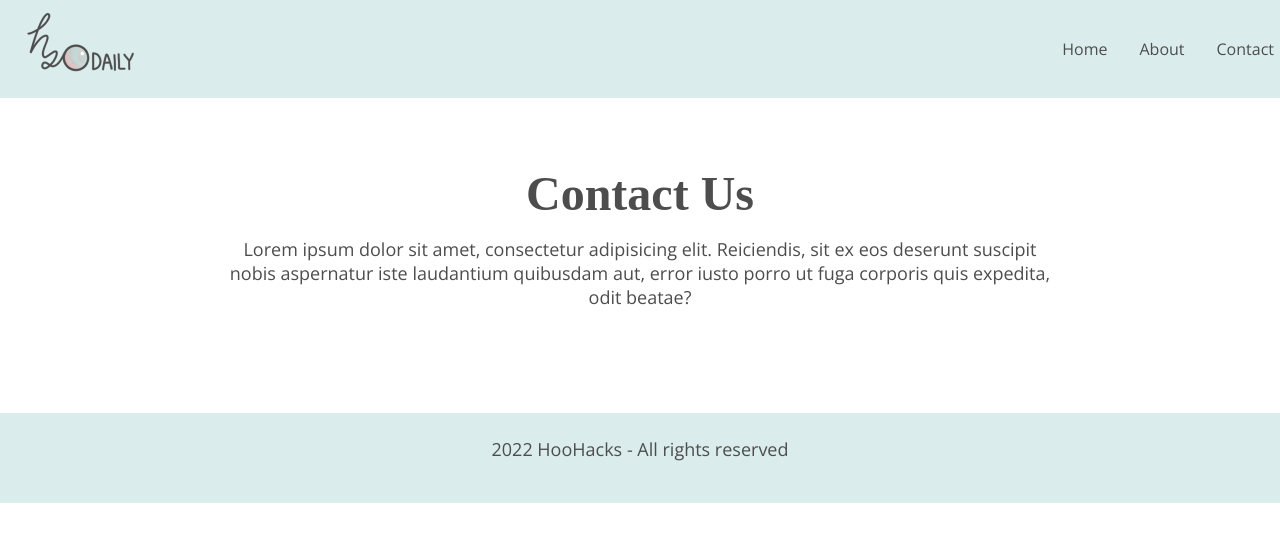
Repository: jennyjjung/H2ODaily
Page: contact.html
The author's editor kept a copy of each file at every save. The page is drawn from the files as they stood at one save, then again after the next save.
The browser window is 1280 px wide. The pictures show the whole page.
Some web fonts or font styles are not loaded; a fallback is used.

Above is the page before, as saved 2022-03-26 20:20:22.

### contact.html
<!DOCTYPE html>
<html lang="en">
<head>
  <meta charset="UTF-8">
  <meta http-equiv="X-UA-Compatible" content="IE=edge">
  <meta name="viewport" content="width=device-width, initial-scale=1.0">
  <title>H2O Daily</title>
  <link href='https://fonts.googleapis.com/css?family=Unica One' rel='stylesheet'>
  <link href="https://fonts.googleapis.com/css2?family=Open+Sans:wght@400;600;700&display=swap" rel="stylesheet">
  <link rel="stylesheet" href="style.css" />
  <script src="main.js" defer></script>
</head>
<body>

  <nav id="navbar">
    <div class="navbar__logo">
      <a href="index.html"><img src="images/logo.png" id="navbar__logo"></a>
    </div>
    <div class="navbar__menu">
      <li class="navbar__menu__item"><a href="index.html">Home</a></li>
      <li class="navbar__menu__item"><a href="about.html">About</a></li>
      <li class="navbar__menu__item"><a href="contact.html">Contact</a></li>
    </div>
  </nav>

  <section id="contact">
    <h1>Contact Us</h1>
    <div class="contact__content">
      <p>
        Lorem ipsum dolor sit amet, consectetur adipisicing elit. Reiciendis, sit ex eos deserunt suscipit nobis
        aspernatur iste laudantium quibusdam aut, error iusto porro ut fuga corporis quis expedita, odit beatae?
      </p>
    </div>
  </section>

  <section id="bottom">
    <div class= "bottom__container">
      <p class="bottom__rights">2022 HooHacks - All rights reserved</p>
    </div>
  </section>

</body>
</html>

### style.css
/* Global */
:root {
  /* Color */
  --color-white: #ffffff;
  --color-dark-grey: #4d4d4d;
  --color-blue: #daedec;
  --color-dark-blue: #b9d8d6;
  --color-yellow: rgb(241, 247, 208);

  /* Font weight */
  --weight-bold: 700;
  --weight-semi-bold: 600;
  --weight-regular: 400;

  /* Font Size */
  --font-large: 48px;
  --font-medium: 28px;
  --font-regular: 18px;
  --font-small: 16px;
  --font-micro: 14px;

  /* Size */
  --size-border-radius: 4px;
}

body {
  margin: 0;
  font-family: "Open Sans";
  cursor: default;
  text-align: center;
}

h1 {
  font-size: var(--font-large);
  font-weight: var(--weight-bold);
  color: var(--color-dark-grey);
  font-family: "Unica One";
  margin: 16px 0px;
}

p {
  font-size: var(--font-regular);
  font-weight: var(--weight-regular);
  color: var(--color-dark-grey);
  margin: 4px 0;
}

li {
  list-style: none;
}

a {
  text-decoration: none;
  color: var(--color-dark-grey);
}

/* Navbar */
#navbar {
  position: fixed;
  display: flex;
  justify-content: space-between;
  width: 100%;
  background-color: var(--color-blue);
  padding: 10px;
  align-items: center;
}

.navbar__menu {
  display: flex;
  margin-left: 25px;
}

.navbar__logo {
  font-size: var(--font-medium);
  font-weight: var(--weight-semi-bold);
  justify-content: center;
}

#nevbar__logo {
  width: 80px;
  padding-left: 20px;
  padding-top: 10px;
}

.navbar__menu__item {
  padding: 8px 12px;
  margin: 0 4px;
  cursor: pointer;
  border-radius: var(--size-border-radius);
}

.navbar__menu__item:hover {
  background-color: var(--color-dark-blue);
}

/* Home */
#home,
#contact,
#about {
  padding: 150px 40px 100px 40px;
}

.home__title {
  color: var(--color-dark-grey);
}

.home__content {
  width: 80%;
}

.home__container {
  display: flex;
  flex-direction: column;
  align-items: center;
  justify-content: center;
}

.home__logo {
  width: 300px;
  height: 300px;
  margin: 20px;
  margin-bottom: 0;
}

.btn__home {
  color: var(--color-dark-grey);
  background-color: var(--color-blue);
  font-size: var(--font-regular);
  font-weight: var(--weight-bold);
  font-family: "Unica One";
  margin: 24px;
  padding: 8px 16px;
  border-radius: var(--size-border-radius);
}

.btn__home:hover {
  background-color: var(--color-dark-blue);
}

#bottom {
  background-color: var(--color-blue);
  padding: 20px;
  text-align: center;
  height: 50px;
}

.about__content,
.contact__content {
  width: 70%;
  text-align: center;
  margin: auto;
}

Loaded but not shown: main.js (no copy from this time; the picture is the same without it)

After the next save:
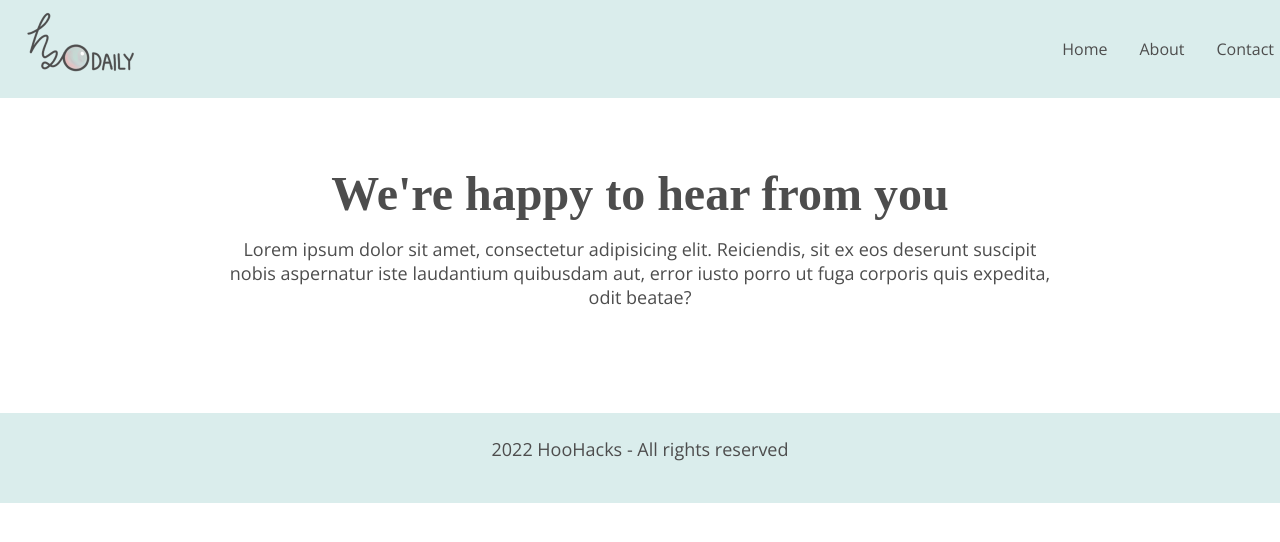
Saved 5 min 24 s later.
--- a/contact.html
+++ b/contact.html
@@ -24,7 +24,7 @@
   </nav>
 
   <section id="contact">
-    <h1>Contact Us</h1>
+    <h1>We're happy to hear from you</h1>
     <div class="contact__content">
       <p>
         Lorem ipsum dolor sit amet, consectetur adipisicing elit. Reiciendis, sit ex eos deserunt suscipit nobis
